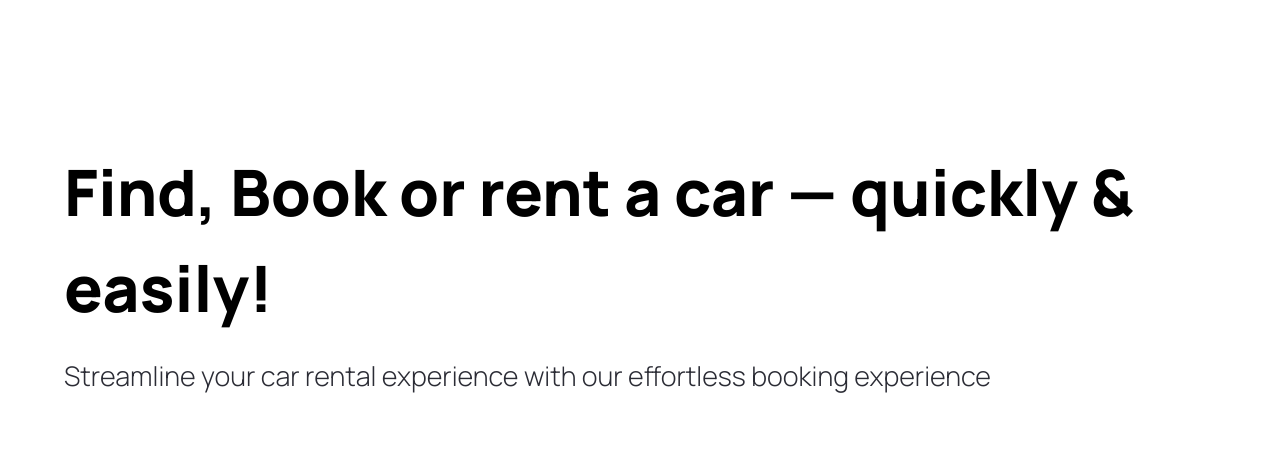
Repository: MikeeBuilds/driver
Page: /
These files come from the project's save history. The page is drawn as it stood at one moment and after the next save; the edit follows.
The browser window is 1280 px wide. The pictures show the whole page.
The project was rebuilt for these pictures with package versions that can differ from the ones it lists, and the page was loaded fresh each time. The framework's server and built-in components were replaced by stand-ins that run in the browser. Also part of the build but not shown: next.config.js.

Above is the page before, as saved 2023-06-21 21:42:32.

After the next save:
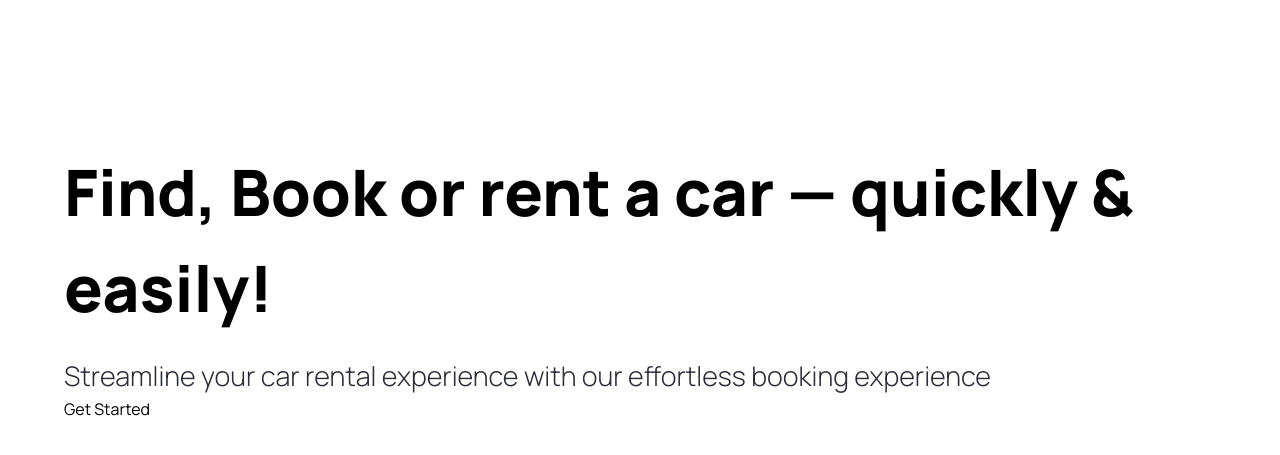
Saved 5 s later.
--- a/components/CustomButton.tsx
+++ b/components/CustomButton.tsx
@@ -3,7 +3,9 @@ import React from 'react'
 const CustomButton = () => {
   return (
     <div>
-
+        <button className='hero__button'>
+            Get Started
+        </button>
     </div>
   )
 }
